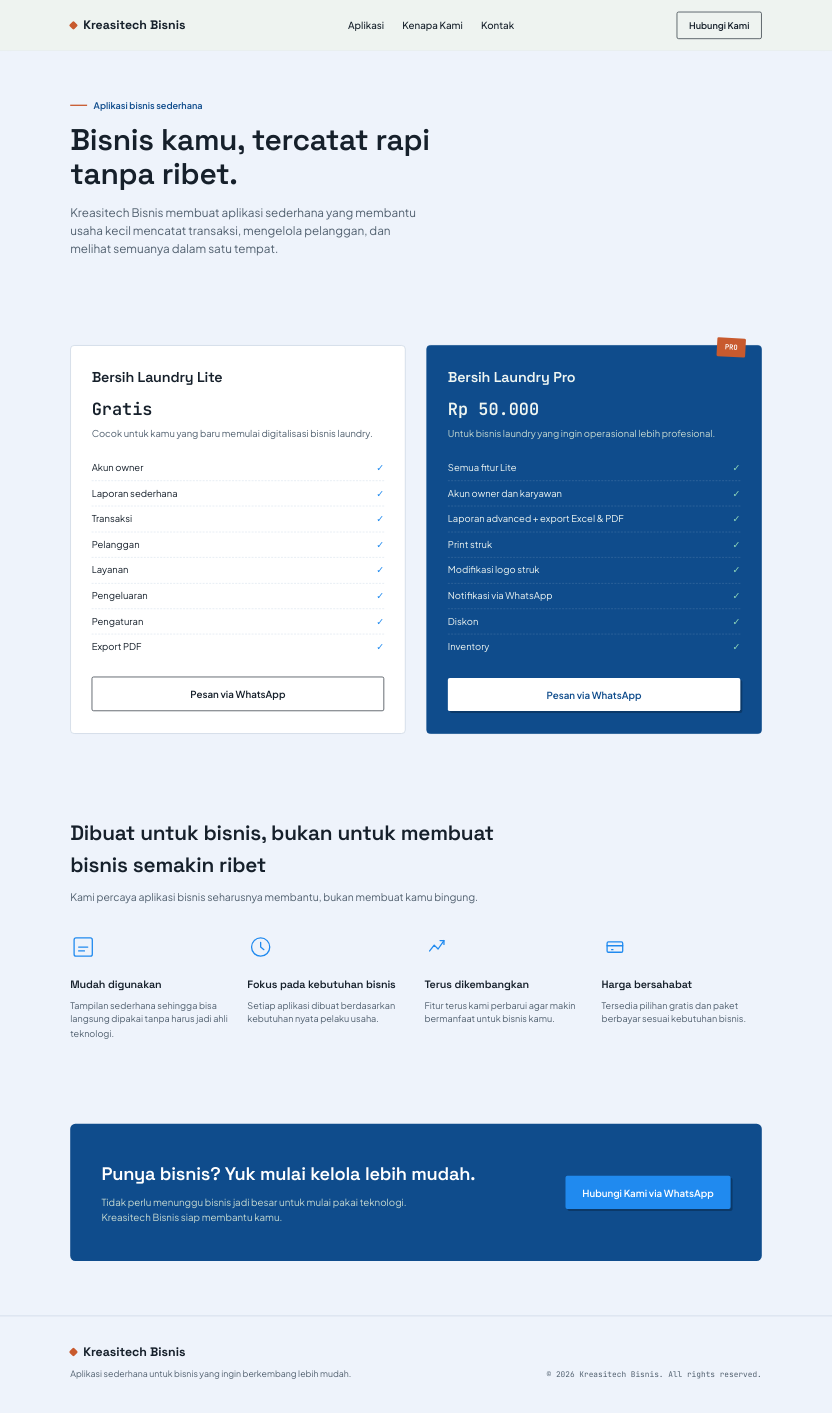
Repository: joao880hbhb/kreasitech
Page: produk/bersih-laundry.html
The author's editor kept a copy of each file at every save. The page is drawn from the files as they stood at one save, then again after the next save.
The browser window is 1280 px wide. The pictures show the whole page, at 65% of full size.

Above is the page before, as saved 2026-09-14 21:34:10.

### produk/bersih-laundry.html
<!DOCTYPE html>
<html lang="id">
<head>
<meta charset="UTF-8">
<meta name="viewport" content="width=device-width, initial-scale=1.0">
<title>Kreasitech Bisnis — Membantu Bisnis Kamu</title>
<link rel="preconnect" href="https://fonts.googleapis.com">
<link rel="preconnect" href="https://fonts.gstatic.com" crossorigin>
<link href="https://fonts.googleapis.com/css2?family=Space+Grotesk:wght@500;600;700&family=Plus+Jakarta+Sans:wght@400;500;600;700&family=JetBrains+Mono:wght@400;500;600&display=swap" rel="stylesheet">
<style>
  :root{
    --paper:#EEF3FB;
    --paper-alt:#FFFFFF;
    --ink:#16202B;
    --ink-soft:#51606F;
    --pine:#208AEF;
    --pine-dark:#0F4C8C;
    --rust:#C85A2E;
    --line:#C6D3E1;
    --line-soft:#DCE5EF;
  }
  *{box-sizing:border-box; margin:0; padding:0;}
  html{scroll-behavior:smooth;}
  body{
    background:var(--paper);
    color:var(--ink);
    font-family:'Plus Jakarta Sans', sans-serif;
    line-height:1.55;
    -webkit-font-smoothing:antialiased;
  }
  img{max-width:100%; display:block;}
  a{color:inherit; text-decoration:none;}
  .wrap{max-width:1120px; margin:0 auto; padding:0 28px;}
  h1,h2,h3{font-family:'Space Grotesk', sans-serif; font-weight:600; letter-spacing:-0.01em;}
  .mono{font-family:'JetBrains Mono', monospace;}

  /* perforated divider — like a torn receipt edge */
  .tear{
    height:22px;
    width:100%;
    background:
      radial-gradient(circle at 11px 0, transparent 11px, var(--paper) 11.5px) repeat-x;
    background-size:22px 22px;
    background-position:0 -11px;
  }
  .tear.into-alt{ background-image:radial-gradient(circle at 11px 0, transparent 11px, var(--paper-alt) 11.5px);}
  .tear.into-paper{ background-image:radial-gradient(circle at 11px 0, transparent 11px, var(--paper) 11.5px);}
  .tear.into-dark{ background-image:radial-gradient(circle at 11px 0, transparent 11px, var(--pine-dark) 11.5px);}

  /* NAV */
  header{
    position:sticky; top:0; z-index:50;
    background:rgba(238,243,239,0.9);
    backdrop-filter:blur(8px);
    border-bottom:1px solid var(--line-soft);
  }
  nav{
    display:flex; align-items:center; justify-content:space-between;
    padding:18px 28px; max-width:1120px; margin:0 auto;
  }
  .brand{display:flex; align-items:center; gap:10px; font-family:'Space Grotesk'; font-weight:700; font-size:19px;}
  .brand .dot{width:10px; height:10px; border-radius:2px; background:var(--rust); transform:rotate(45deg);}
  .navlinks{display:flex; gap:28px; font-size:15px; font-weight:500;}
  .navlinks a:hover{color:var(--pine);}
  .btn-ghost{border:1.5px solid var(--ink); padding:9px 18px; border-radius:3px; font-weight:600; font-size:14px;}
  .btn-ghost:hover{background:var(--ink); color:var(--paper);}
  @media (max-width:720px){ .navlinks{display:none;} }

  /* HERO */
  .hero{padding:72px 0 40px;}
  .hero-grid{display:grid; grid-template-columns:1.1fr 0.9fr; gap:56px; align-items:center;}
  @media (max-width:860px){ .hero-grid{grid-template-columns:1fr;} }
  .eyebrow-line{display:flex; align-items:center; gap:10px; font-size:14px; color:var(--pine-dark); font-weight:600; margin-bottom:18px;}
  .eyebrow-line::before{content:""; width:26px; height:2px; background:var(--rust);}
  .hero h1{font-size:46px; line-height:1.12; margin-bottom:20px;}
  @media (max-width:520px){ .hero h1{font-size:34px;} }
  .hero p.lead{font-size:18px; color:var(--ink-soft); max-width:46ch; margin-bottom:30px;}
  .hero-cta{display:flex; gap:14px; flex-wrap:wrap;}
  .btn-primary{
    background:var(--pine); color:#fff; padding:14px 26px; border-radius:3px;
    font-weight:600; font-size:15px; display:inline-block;
    box-shadow:3px 3px 0 var(--pine-dark);
    transition:transform .15s ease, box-shadow .15s ease;
  }
  .btn-primary:hover{ transform:translate(-2px,-2px); box-shadow:5px 5px 0 var(--pine-dark); }
  .btn-secondary{
    background:transparent; color:var(--ink); padding:14px 26px; border-radius:3px;
    font-weight:600; font-size:15px; border:1.5px solid var(--ink); display:inline-block;
  }
  .btn-secondary:hover{background:var(--ink); color:var(--paper);}

  /* hero receipt mockup */
  .receipt-mock{
    position:relative;
    background:var(--paper-alt);
    border:1px solid var(--line);
    border-radius:4px;
    padding:26px 24px 22px;
    max-width:340px;
    margin-left:auto;
    box-shadow:0 20px 50px -20px rgba(22,36,29,0.35);
    transform:rotate(2deg);
  }
  .receipt-mock::before,.receipt-mock::after{
    content:""; position:absolute; left:0; right:0; height:12px;
    background:
      radial-gradient(circle at 10px 6px, var(--paper) 6px, transparent 6.5px) repeat-x;
    background-size:20px 12px;
  }
  .receipt-mock::before{top:-6px;}
  .receipt-mock::after{bottom:-6px; transform:rotate(180deg);}
  .receipt-mock .r-head{display:flex; justify-content:space-between; align-items:baseline; border-bottom:1.5px dashed var(--line); padding-bottom:12px; margin-bottom:14px;}
  .receipt-mock .r-head span:first-child{font-family:'Space Grotesk'; font-weight:700; font-size:15px;}
  .receipt-mock .r-head span:last-child{font-family:'JetBrains Mono'; font-size:11px; color:var(--ink-soft);}
  .r-row{display:flex; justify-content:space-between; font-size:13.5px; margin-bottom:9px; font-family:'JetBrains Mono';}
  .r-row .name{color:var(--ink-soft); font-family:'Plus Jakarta Sans';}
  .r-total{
    display:flex; justify-content:space-between; margin-top:14px; padding-top:12px;
    border-top:1.5px dashed var(--line); font-weight:700; font-size:15px;
  }
  .r-status{
    display:inline-block; margin-top:16px; padding:5px 12px; border:2px solid var(--rust);
    color:var(--rust); font-family:'JetBrains Mono'; font-size:11px; font-weight:600;
    transform:rotate(-4deg); border-radius:2px;
  }

  section{padding:64px 0;}

  /* value props row */
  .value-row{
    display:grid; grid-template-columns:repeat(3,1fr); gap:0;
    border-top:1px solid var(--line); border-bottom:1px solid var(--line);
  }
  .value-row .vcell{padding:26px 22px; border-right:1px solid var(--line);}
  .value-row .vcell:last-child{border-right:none;}
  .value-row .vcell .num{font-family:'JetBrains Mono'; font-size:12px; color:var(--pine); margin-bottom:8px;}
  .value-row .vcell h3{font-size:17px; margin-bottom:6px;}
  .value-row .vcell p{font-size:14.5px; color:var(--ink-soft);}
  @media (max-width:720px){ .value-row{grid-template-columns:1fr;} .value-row .vcell{border-right:none; border-bottom:1px solid var(--line);} }

  /* products intro */
  .section-head{max-width:60ch; margin-bottom:44px;}
  .section-head h2{font-size:32px; margin-bottom:12px;}
  .section-head p{color:var(--ink-soft); font-size:16px;}

  .product-photo-wrap{
    position:relative; border-radius:6px; overflow:hidden; margin-bottom:48px;
    border:1px solid var(--line);
  }
  .product-photo-wrap img{width:100%; height:280px; object-fit:cover; filter:saturate(0.92) contrast(1.02);}
  .product-photo-wrap .tag{
    position:absolute; bottom:16px; left:16px; background:var(--paper-alt);
    padding:8px 14px; font-family:'JetBrains Mono'; font-size:12px; border-radius:3px;
    border:1px solid var(--line);
  }

  /* pricing / feature cards, receipt style */
  /* mobile-first: 2 kolom berdampingan dari layar paling kecil, melebar ke layout desktop */
  .plans{display:grid; grid-template-columns:1fr 1fr; gap:10px;}
  .plan{
    background:var(--paper-alt); border:1px solid var(--line); border-radius:6px;
    padding:18px 14px; position:relative; display:flex; flex-direction:column;
    min-width:0; /* cegah konten memaksa kolom melebar & merusak grid di layar kecil */
  }
  .plan.pro{background:var(--pine-dark); color:#EFF6F2; border-color:var(--pine-dark);}
  .plan .badge{
    position:absolute; top:-10px; right:14px; background:var(--rust); color:#fff;
    font-family:'JetBrains Mono'; font-size:10px; font-weight:600; padding:4px 9px;
    border-radius:2px; transform:rotate(3deg);
  }
  .plan h3{font-size:15.5px; margin-bottom:2px; line-height:1.25;}
  .plan .price{font-family:'JetBrains Mono'; font-size:17px; font-weight:600; margin:8px 0 4px;}
  .plan .sub{font-size:11.5px; color:var(--ink-soft); margin-bottom:14px; line-height:1.4;}
  .plan.pro .sub{color:#C6DAD1;}
  .plan ul{list-style:none; margin-bottom:16px; flex-grow:1;}
  .plan li{
    display:flex; justify-content:space-between; align-items:baseline; gap:6px; font-size:11.5px;
    padding:6px 0; border-bottom:1px dashed var(--line-soft);
  }
  .plan.pro li{border-bottom:1px dashed rgba(255,255,255,0.18);}
  .plan li:last-child{border-bottom:none;}
  .plan li .name{line-height:1.3;}
  .plan li .check{color:var(--pine); font-family:'JetBrains Mono'; flex-shrink:0;}
  .plan.pro li .check{color:#8FD8BB;}
  .plan .btn-secondary, .plan .btn-primary{padding:10px 12px; font-size:12.5px;}

  /* di layar lebih lebar, beri napas lebih longgar */
  @media (min-width:560px){
    .plans{gap:24px;}
    .plan{padding:28px 26px;}
    .plan h3{font-size:20px;}
    .plan .price{font-size:24px; margin:12px 0 6px;}
    .plan .sub{font-size:14px; margin-bottom:22px;}
    .plan ul{margin-bottom:26px;}
    .plan li{font-size:13.5px; padding:8px 0;}
    .plan .badge{top:-12px; right:24px; font-size:11px; padding:6px 12px;}
    .plan .btn-secondary, .plan .btn-primary{padding:14px 26px; font-size:15px;}
  }
  @media (min-width:800px){
    .plans{gap:32px;}
    .plan{padding:34px 32px;}
    .plan h3{font-size:22px;}
    .plan .price{font-size:26px; margin:14px 0 6px;}
    .plan .sub{font-size:14.5px; margin-bottom:24px;}
    .plan li{font-size:14.5px;}
  }

  /* why us */
  .why-grid{display:grid; grid-template-columns:repeat(4,1fr); gap:26px;}
  @media (max-width:900px){ .why-grid{grid-template-columns:1fr 1fr;} }
  @media (max-width:520px){ .why-grid{grid-template-columns:1fr;} }
  .why-card{padding:0;}
  .why-card .icon{width:40px; height:40px; margin-bottom:18px;}
  .why-card h3{font-size:16.5px; margin-bottom:8px;}
  .why-card p{font-size:14px; color:var(--ink-soft);}

  /* final cta */
  .final-cta{
    background:var(--pine-dark); color:#EFF6F2; border-radius:8px;
    padding:56px 48px; display:flex; justify-content:space-between; align-items:center; gap:32px;
  }
  @media (max-width:760px){ .final-cta{flex-direction:column; text-align:center; padding:44px 26px;} }
  .final-cta h2{font-size:28px; margin-bottom:10px; color:#fff;}
  .final-cta p{color:#C6DAD1; font-size:15px; max-width:44ch;}
  .final-cta .btn-primary{box-shadow:3px 3px 0 rgba(0,0,0,0.25); flex-shrink:0;}

  footer{padding:40px 0 50px; border-top:1px solid var(--line); margin-top:20px;}
  .foot-grid{display:flex; justify-content:space-between; align-items:flex-end; flex-wrap:wrap; gap:20px;}
  .foot-grid .brand{margin-bottom:8px;}
  footer p{font-size:13.5px; color:var(--ink-soft);}
  footer .copyright{font-family:'JetBrains Mono'; font-size:12px; color:var(--ink-soft);}
</style>
</head>
<body>

<header>
  <nav>
    <div class="brand"><span class="dot"></span>Kreasitech Bisnis</div>
    <div class="navlinks">
      <a href="#produk">Aplikasi</a>
      <a href="#kenapa">Kenapa Kami</a>
      <a href="#kontak">Kontak</a>
    </div>
    <a href="#kontak" class="btn-ghost">Hubungi Kami</a>
  </nav>
</header>

<section class="hero">
  <div class="wrap hero-grid">
    <div>
      <div class="eyebrow-line">Aplikasi bisnis sederhana</div>
      <h1>Bisnis kamu, tercatat rapi tanpa ribet.</h1>
      <p class="lead">Kreasitech Bisnis membuat aplikasi sederhana yang membantu usaha kecil mencatat transaksi, mengelola pelanggan, dan melihat semuanya dalam satu tempat.</p>
      <!-- <div class="hero-cta">
        <a href="#produk" class="btn-primary">Lihat Aplikasi</a>
        <a href="#kontak" class="btn-secondary">Hubungi Kami</a>
      </div> -->
    </div>
    <!-- <div>
      <div class="receipt-mock">
        <div class="r-head">
          <span>Bersih Laundry</span>
          <span>#0231 — Hari ini</span>
        </div>
        <div class="r-row"><span class="name">Cuci + Setrika, 3kg</span><span>Rp 21.000</span></div>
        <div class="r-row"><span class="name">Cuci Kering, 2kg</span><span>Rp 12.000</span></div>
        <div class="r-row"><span class="name">Setrika Saja, 1kg</span><span>Rp 6.000</span></div>
        <div class="r-total"><span>Total</span><span class="mono">Rp 39.000</span></div>
        <div class="r-status">SIAP DIAMBIL</div>
      </div>
    </div> -->
  </div>
</section>

<!-- <div class="wrap"><div class="value-row">
  <div class="vcell"><div class="num">01</div><h3>Mudah digunakan</h3><p>Tidak perlu jadi ahli teknologi untuk mulai memakainya.</p></div>
  <div class="vcell"><div class="num">02</div><h3>Tidak ribet</h3><p>Fokus pada yang penting: catat, kelola, selesai.</p></div>
  <div class="vcell"><div class="num">03</div><h3>Untuk semua skala</h3><p>Cocok dari bisnis rumahan sampai yang sedang berkembang.</p></div>
</div></div> -->

<section id="produk">
  <div class="wrap">
    <!-- <div class="section-head">
      <h2>Aplikasi untuk bisnis laundry kamu</h2>
      <p>Kami mulai dari kebutuhan yang paling nyata: usaha laundry yang selama ini masih mencatat transaksi di buku atau kertas nota.</p>
    </div>

    <div class="product-photo-wrap">
      <img src="https://picsum.photos/seed/kreasitech-laundry/1200/560" alt="Tumpukan pakaian bersih terlipat rapi di usaha laundry">
      <div class="tag mono">Bersih Laundry</div>
    </div> -->

    <div class="plans">
      <div class="plan">
        <h3>Bersih Laundry Lite</h3>
        <div class="price">Gratis</div>
        <p class="sub">Cocok untuk kamu yang baru memulai digitalisasi bisnis laundry.</p>
        <ul>
          <li><span class="name">Akun owner</span><span class="check">✓</span></li>
          <li><span class="name">Laporan sederhana</span><span class="check">✓</span></li>
          <li><span class="name">Transaksi</span><span class="check">✓</span></li>
          <li><span class="name">Pelanggan</span><span class="check">✓</span></li>
          <li><span class="name">Layanan</span><span class="check">✓</span></li>
          <li><span class="name">Pengeluaran</span><span class="check">✓</span></li>
          <li><span class="name">Pengaturan</span><span class="check">✓</span></li>
          <li><span class="name">Export PDF</span><span class="check">✓</span></li>
        </ul>
        <a href="https://wa.me/6281234567890" class="btn-secondary" style="text-align:center;" target="_blank" rel="noopener">Pesan via WhatsApp</a>
      </div>

      <div class="plan pro">
        <div class="badge">PRO</div>
        <h3>Bersih Laundry Pro</h3>
        <div class="price">Rp 50.000</div>
        <p class="sub">Untuk bisnis laundry yang ingin operasional lebih profesional.</p>
        <ul>
          <li><span class="name">Semua fitur Lite</span><span class="check">✓</span></li>
          <li><span class="name">Akun owner dan karyawan</span><span class="check">✓</span></li>
          <li><span class="name">Laporan advanced + export Excel &amp; PDF</span><span class="check">✓</span></li>
          <li><span class="name">Print struk</span><span class="check">✓</span></li>
          <li><span class="name">Modifikasi logo struk</span><span class="check">✓</span></li>
          <li><span class="name">Notifikasi via WhatsApp</span><span class="check">✓</span></li>
          <li><span class="name">Diskon</span><span class="check">✓</span></li>
          <li><span class="name">Inventory</span><span class="check">✓</span></li>
        </ul>
        <a href="https://wa.me/6281234567890" class="btn-primary" style="text-align:center; background:#fff; color:var(--pine-dark); box-shadow:3px 3px 0 rgba(0,0,0,0.25);" target="_blank" rel="noopener">Pesan via WhatsApp</a>
      </div>
    </div>
  </div>
</section>

<section id="kenapa">
  <div class="wrap">
    <div class="section-head">
      <h2>Dibuat untuk bisnis, bukan untuk membuat bisnis semakin ribet</h2>
      <p>Kami percaya aplikasi bisnis seharusnya membantu, bukan membuat kamu bingung.</p>
    </div>
    <div class="why-grid">
      <div class="why-card">
        <svg class="icon" viewBox="0 0 40 40" fill="none"><rect x="6" y="6" width="28" height="28" rx="3" stroke="#208AEF" stroke-width="2"/><path d="M13 20h14M13 26h9" stroke="#208AEF" stroke-width="2" stroke-linecap="round"/></svg>
        <h3>Mudah digunakan</h3>
        <p>Tampilan sederhana sehingga bisa langsung dipakai tanpa harus jadi ahli teknologi.</p>
      </div>
      <div class="why-card">
        <svg class="icon" viewBox="0 0 40 40" fill="none"><circle cx="20" cy="20" r="14" stroke="#208AEF" stroke-width="2"/><path d="M20 13v7l5 4" stroke="#208AEF" stroke-width="2" stroke-linecap="round"/></svg>
        <h3>Fokus pada kebutuhan bisnis</h3>
        <p>Setiap aplikasi dibuat berdasarkan kebutuhan nyata pelaku usaha.</p>
      </div>
      <div class="why-card">
        <svg class="icon" viewBox="0 0 40 40" fill="none"><path d="M8 26l7-9 6 6 9-13" stroke="#208AEF" stroke-width="2" stroke-linecap="round" stroke-linejoin="round"/><path d="M24 10h6v6" stroke="#208AEF" stroke-width="2" stroke-linecap="round" stroke-linejoin="round"/></svg>
        <h3>Terus dikembangkan</h3>
        <p>Fitur terus kami perbarui agar makin bermanfaat untuk bisnis kamu.</p>
      </div>
      <div class="why-card">
        <svg class="icon" viewBox="0 0 40 40" fill="none"><rect x="8" y="12" width="24" height="16" rx="2" stroke="#208AEF" stroke-width="2"/><path d="M8 18h24M15 24h2" stroke="#208AEF" stroke-width="2" stroke-linecap="round"/></svg>
        <h3>Harga bersahabat</h3>
        <p>Tersedia pilihan gratis dan paket berbayar sesuai kebutuhan bisnis.</p>
      </div>
    </div>
  </div>
</section>

<section id="kontak">
  <div class="wrap">
    <div class="final-cta">
      <div>
        <h2>Punya bisnis? Yuk mulai kelola lebih mudah.</h2>
        <p>Tidak perlu menunggu bisnis jadi besar untuk mulai pakai teknologi. Kreasitech Bisnis siap membantu kamu.</p>
      </div>
      <a href="https://wa.me/6281234567890" class="btn-primary" target="_blank" rel="noopener">Hubungi Kami via WhatsApp</a>
    </div>
  </div>
</section>

<footer>
  <div class="wrap foot-grid">
    <div>
      <div class="brand"><span class="dot"></span>Kreasitech Bisnis</div>
      <p>Aplikasi sederhana untuk bisnis yang ingin berkembang lebih mudah.</p>
    </div>
    <div class="copyright">© 2026 Kreasitech Bisnis. All rights reserved.</div>
  </div>
</footer>

</body>
</html>

After the next save:
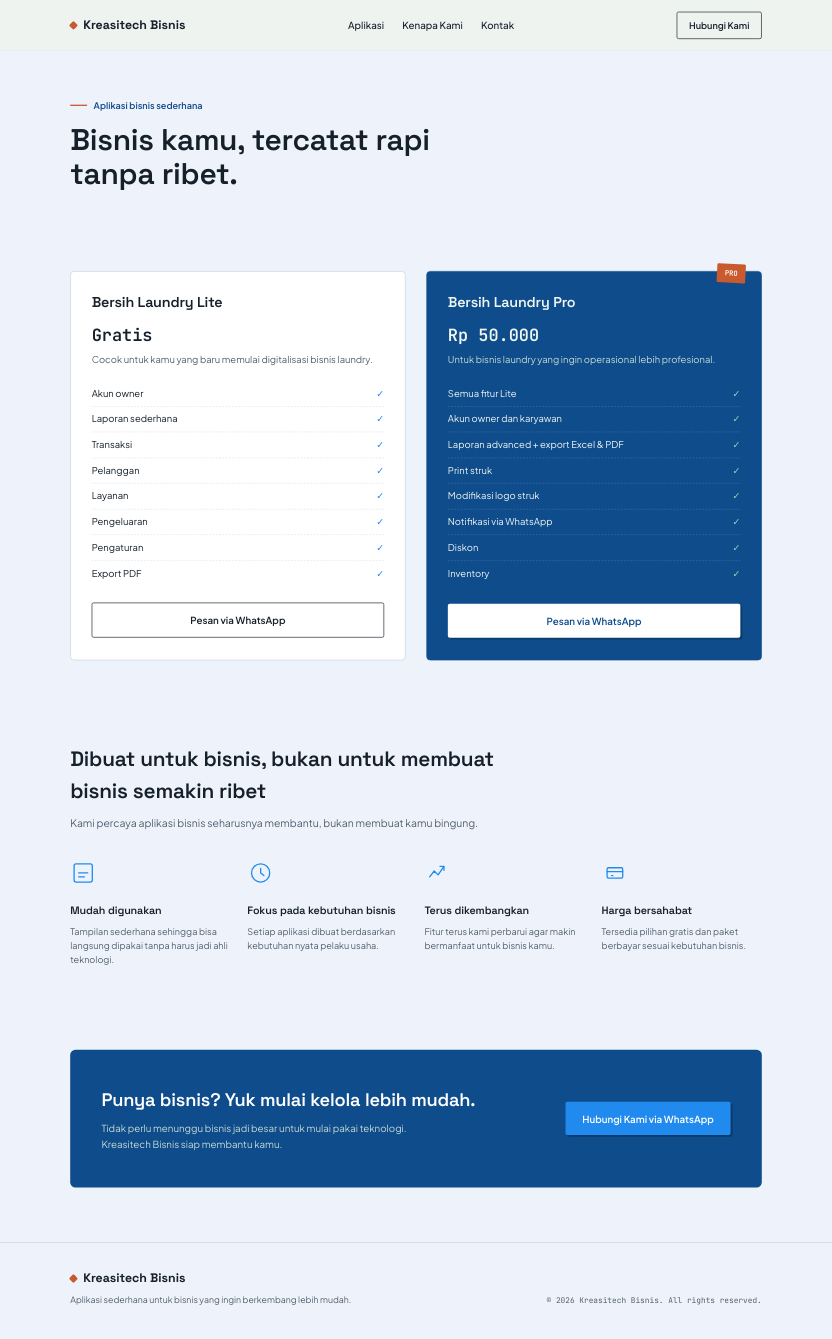
Saved 15 s later.
--- a/produk/bersih-laundry.html
+++ b/produk/bersih-laundry.html
@@ -250,8 +250,8 @@
     <div>
       <div class="eyebrow-line">Aplikasi bisnis sederhana</div>
       <h1>Bisnis kamu, tercatat rapi tanpa ribet.</h1>
-      <p class="lead">Kreasitech Bisnis membuat aplikasi sederhana yang membantu usaha kecil mencatat transaksi, mengelola pelanggan, dan melihat semuanya dalam satu tempat.</p>
-      <!-- <div class="hero-cta">
+      <!-- <p class="lead">Kreasitech Bisnis membuat aplikasi sederhana yang membantu usaha kecil mencatat transaksi, mengelola pelanggan, dan melihat semuanya dalam satu tempat.</p>
+      <div class="hero-cta">
         <a href="#produk" class="btn-primary">Lihat Aplikasi</a>
         <a href="#kontak" class="btn-secondary">Hubungi Kami</a>
       </div> -->
